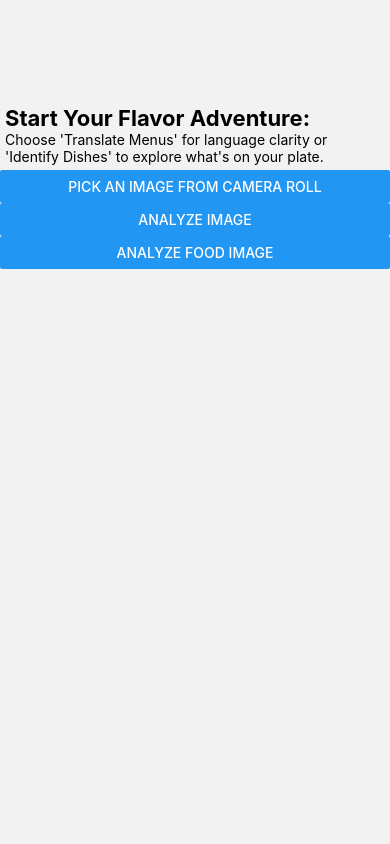
Repository: djdjdallas/taste-without-borders
Screen: /Home
The author's editor kept a copy of each file at every save. The screen is drawn from the files as they stood at one save, then again after the next save.
The app was drawn by React Native's web renderer in a window 390 px wide. The project was rebuilt for these pictures with package versions that can differ from the ones it lists, and the page was loaded fresh each time.

Above is the screen before, as saved 2023-12-26 20:00:31.

### App.js
import React from "react";
import { NavigationContainer } from "@react-navigation/native";
import { createNativeStackNavigator } from "@react-navigation/native-stack";
import HomeScreen from "./HomeScreen"; // Make sure the path is correct
import StartScreen from "./StartScreen";

const Stack = createNativeStackNavigator();

const App = () => {
  return (
    <NavigationContainer>
      <Stack.Navigator>
        <Stack.Screen name="Start" component={StartScreen} />
        <Stack.Screen name="Home" component={HomeScreen} />
        {/* You can add more screens to your navigator here */}
      </Stack.Navigator>
    </NavigationContainer>
  );
};

export default App;

### HomeScreen.js
import React, { useLayoutEffect, useState } from "react";
import { StyleSheet, View, Button, Image, Alert, Text } from "react-native";
import * as ImagePicker from "expo-image-picker";
import { useNavigation } from "@react-navigation/native";

const HomeScreen = () => {
  const navigation = useNavigation();
  const [selectedImage, setSelectedImage] = useState(null);
  const [responseText, setResponseText] = useState("");

  const pickImage = async () => {
    const { status } = await ImagePicker.requestMediaLibraryPermissionsAsync();
    if (status !== "granted") {
      Alert.alert(
        "Permissions required",
        "Sorry, we need camera roll permissions to make this work!"
      );
      return;
    }

    let result = await ImagePicker.launchImageLibraryAsync({
      mediaTypes: ImagePicker.MediaTypeOptions.Images,
      allowsEditing: true,
      aspect: [4, 3],
      quality: 1,
      base64: true,
    });

    if (!result.canceled && result.assets && result.assets[0].base64) {
      setSelectedImage(result.assets[0].base64);
    }
  };

  const handleResponse = (responseText) => {
    const dishes = responseText.split("\n");
    const formattedResponse = dishes.join("\n\n");
    setResponseText(formattedResponse);
  };

  const analyzeImage = async () => {
    if (selectedImage) {
      const apiKey = "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"; // Replace with your actual API key
      const endpoint = "https://api.openai.com/v1/chat/completions"; // Replace with your actual API endpoint

      const payload = {
        model: "gpt-4-vision-preview", // Replace with your model name
        messages: [
          {
            role: "user",
            content: [
              {
                type: "text",
                text: "Analyze this image and translate it into English?",
              },
              {
                type: "image_url",
                image_url: {
                  url: `data:[embedded picture, 41 characters]
                },
              },
            ],
          },
        ],
        max_tokens: 300,
      };

      try {
        const response = await fetch(endpoint, {
          method: "POST",
          headers: {
            "Content-Type": "application/json",
            Authorization: `Bearer ${apiKey}`,
          },
          body: JSON.stringify(payload),
        });

        if (!response.ok) {
          throw new Error(`HTTP error! status: ${response.status}`);
        }

        const data = await response.json();
        if (data.choices && data.choices[0]) {
          handleResponse(data.choices[0].message.content);
        } else {
          setResponseText("Unexpected response structure");
        }
      } catch (error) {
        setResponseText(`Error: ${error.message}`);
      }
    } else {
      setResponseText("No image selected");
    }
  };

  const analyzeFoodImage = async () => {
    if (selectedImage) {
      const apiKey = "YOUR_API_KEY"; // Replace with your actual API key
      const endpoint = "YOUR_API_ENDPOINT"; // Replace with your actual API endpoint

      const payload = {
        model: "YOUR_MODEL_NAME", // Replace with your model name
        messages: [
          {
            role: "user",
            content: [
              {
                type: "text",
                text: "Analyze this food image and describe it with humor.",
              },
              {
                type: "image_url",
                image_url: {
                  url: `data:[embedded picture, 41 characters]
                },
              },
            ],
          },
        ],
        max_tokens: 300,
      };

      try {
        const response = await fetch(endpoint, {
          method: "POST",
          headers: {
            "Content-Type": "application/json",
            Authorization: `Bearer ${apiKey}`,
          },
          body: JSON.stringify(payload),
        });

        if (!response.ok) {
          throw new Error(`HTTP error! status: ${response.status}`);
        }

        const data = await response.json();
        if (data.choices && data.choices[0]) {
          handleResponse(data.choices[0].message.content);
        } else {
          setResponseText("Unexpected response structure");
        }
      } catch (error) {
        setResponseText(`Error: ${error.message}`);
      }
    } else {
      setResponseText("No image selected");
    }
  };
  useLayoutEffect(() => {
    navigation.setOptions({
      headerShown: false,
    });
  }, []);

  return (
    <View style={{ marginTop: 100 }}>
      <View style={{ textAlign: "left", padding: 5 }}>
        <Text
          style={{
            fontSize: 22,
            fontWeight: "bold",
            textAlign: "left",
          }}
        >
          Start Your Flavor Adventure:
        </Text>
        <Text>
          Choose 'Translate Menus' for language clarity or 'Identify Dishes' to
          explore what's on your plate.
        </Text>
      </View>
      <Button title="Pick an image from camera roll" onPress={pickImage} />
      {selectedImage && (
        <Image
          source={{ uri: `data:[embedded picture, 40 characters] }}
          style={styles.image}
        />
      )}
      <Button title="Analyze Image" onPress={analyzeImage} />
      <Button title="Analyze Food Image" onPress={analyzeFoodImage} />
      {responseText ? (
        <Text style={styles.responseText}>{responseText}</Text>
      ) : null}
    </View>
  );
};

// const styles = StyleSheet.create({
//   container: {
//     flex: 1,
//     padding: 20,
//     justifyContent: "center",
//     backgroundColor: "#F2F2F2",
//   },
//   textContainer: {
//     alignItems: "center",
//     marginBottom: 20,
//   },
//   titleText: {
//     fontSize: 22,
//     fontWeight: "bold",
//     textAlign: "center",
//   },
//   descriptionText: {
//     fontSize: 16,
//     textAlign: "center",
//     marginTop: 10,
//   },
//   lineStyle: {
//     height: 2,
//     backgroundColor: "black",
//     width: "100%",
//     marginTop: 10,
//   },
//   buttonContainer: {
//     flexDirection: "row",
//     justifyContent: "space-around",
//     alignItems: "center",
//   },
//   button: {
//     width: 164,
//     height: 208,
//     justifyContent: "center",
//     alignItems: "center",
//     backgroundColor: "#FFF",
//     elevation: 5, // This adds the drop shadow on Android
//     shadowColor: "#000", // These 3 lines add the shadow on iOS
//     shadowOffset: { width: 0, height: 2 },
//     shadowOpacity: 0.25,
//     shadowRadius: 3.84,
//     marginBottom: 20, // Adjust as needed for space from bottom
//   },
//   buttonText: {
//     fontSize: 18,
//     fontWeight: "bold",
//     textAlign: "center",
//   },
//   image: {
//     width: 200,
//     height: 200,
//     margin: 10,
//   },
//   responseText: {
//     marginTop: 20,
//     padding: 10,
//     borderWidth: 1,
//     borderColor: "#ddd",
//     borderRadius: 5,
//   },
// });

export default HomeScreen;

### StartScreen.js
import {
  View,
  Text,
  Image,
  TouchableOpacity,
  ImageBackground,
  StyleSheet,
} from "react-native";
import React, { useLayoutEffect } from "react";
import { useNavigation } from "@react-navigation/native";

const image = { uri: "https://i.ibb.co/RQYb1f7/i-Phone-11-Pro-Max-1.png" };
const hero = { uri: "https://i.ibb.co/zQtzrR4/hero-2.png" };

const StartScreen = () => {
  const navigation = useNavigation();

  useLayoutEffect(() => {
    navigation.setOptions({
      headerShown: false,
    });
  }, []);
  return (
    <View style={styles.container}>
      <ImageBackground source={hero} resizeMode="cover" style={styles.image}>
        <TouchableOpacity
          style={styles.button}
          onPress={() => {
            navigation.navigate("Home");
            /* Handle the press event */
          }}
        >
          <Text style={styles.text}>Get Started</Text>
        </TouchableOpacity>
      </ImageBackground>
    </View>
  );
};

const styles = StyleSheet.create({
  container: {
    flex: 1,
  },
  image: {
    flex: 1,
    justifyContent: "flex-end", // Aligns children to the bottom
    alignItems: "center", // Centers children horizontally
  },
  text: {
    color: "#FA4A0C", // Given text color
    fontSize: 16, // Adjusted for typical button text
    fontWeight: "bold",
  },
  button: {
    width: 314, // Width as per your requirement
    height: 70, // Height as per your requirement
    justifyContent: "center", // Center the text vertically
    alignItems: "center", // Center the text horizontally
    backgroundColor: "white", // Button background color
    marginBottom: 80, // Distance from the bottom
    borderRadius: 50, // Distance from the bottom
  },
});

export default StartScreen;

After the next save:
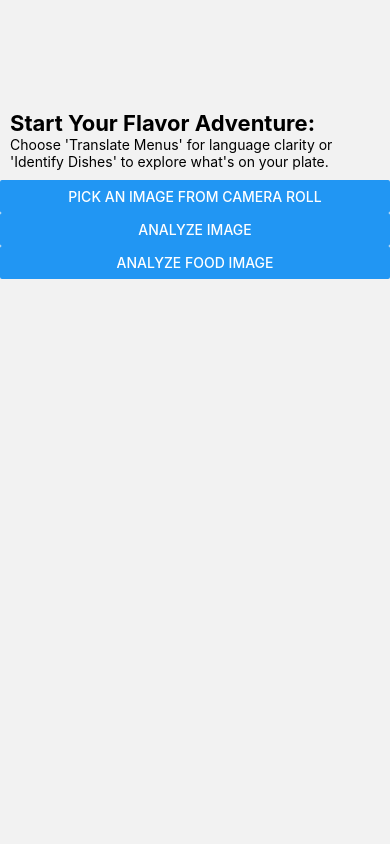
Saved 4 s later.
--- a/HomeScreen.js
+++ b/HomeScreen.js
@@ -154,7 +154,7 @@ const HomeScreen = () => {
 
   return (
     <View style={{ marginTop: 100 }}>
-      <View style={{ textAlign: "left", padding: 5 }}>
+      <View style={{ textAlign: "left", padding: 10 }}>
         <Text
           style={{
             fontSize: 22,
